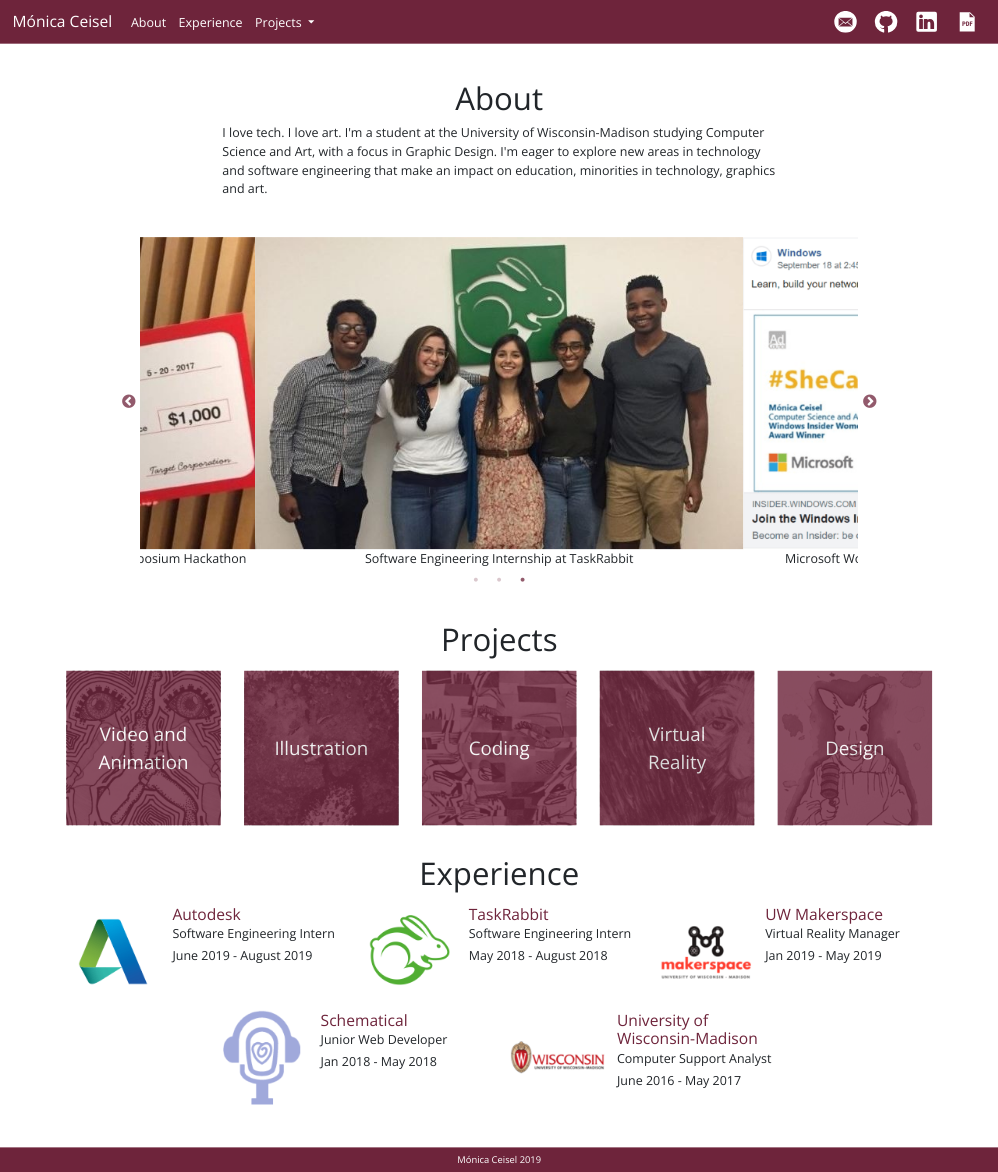
Repository: ceiselm/ceiselm.github.io
Page: index.html
The author's editor kept a copy of each file at every save. The page is drawn from the files as they stood at one save, then again after the next save.
The browser window is 1280 px wide. The pictures show the whole page, at 78% of full size.

Above is the page before, as saved 2019-08-07 20:56:08.

### index.html
<!DOCTYPE html>
<html lang="en">

<head>
  <meta charset="utf-8">
  <meta http-equiv="X-UA-Compatible" content="IE=edge">
  <meta name="viewport" content="width=device-width, initial-scale=1">
  <title>M&oacute;nica Ceisel</title>
  <!-- Bootstrap -->
  <link href="css/bootstrap-4.2.1.css" rel="stylesheet">
  <!-- slick -->
  <link rel="stylesheet" type="text/css" href="slick/slick.css" />
  <!-- Add the new slick-theme.css if you want the default styling -->
  <link rel="stylesheet" type="text/css" href="slick/slick-theme.css" />
  <!-- font -->
  <link href="https://fonts.googleapis.com/css?family=Open+Sans&display=swap" rel="stylesheet">
  <!-- overwrites -->
  <link href="css/home.css" rel="stylesheet">
</head>

<body>
  <main>
    <!-- site navigation component START -->
    <nav class="navbar navbar-expand-lg navbar-dark bg-dark">
      <a class="navbar-brand" href="./index.html">M&oacute;nica Ceisel</a>
      <button class="navbar-toggler" type="button" data-toggle="collapse" data-target="#navbarSupportedContent"
        aria-controls="navbarSupportedContent" aria-expanded="false" aria-label="Toggle navigation">
        <span class="navbar-toggler-icon"></span>
      </button>
      <div class="collapse navbar-collapse" id="navbarSupportedContent">
        <ul class="navbar-nav mr-auto">
          <li class="nav-item">
            <a class="nav-link" href="#startAbout">About</a>
          </li>
          <li class="nav-item">
            <a class="nav-link" href="#startExperience">Experience</a>
          </li>
          <li class="nav-item dropdown">
            <a class="nav-link dropdown-toggle" href="#" id="navbarDropdown" role="button" data-toggle="dropdown"
              aria-haspopup="true" aria-expanded="false">
              Projects
            </a>
            <div class="dropdown-menu" aria-labelledby="navbarDropdown">
              <a class="dropdown-item" href="./subpages/coding.html">Coding</a>
              <div class="dropdown-divider"></div>
              <a class="dropdown-item" href="./subpages/illustration.html">Illustration</a>
              <a class="dropdown-item" href="./subpages/design.html">Design</a>
              <a class="dropdown-item" href="./subpages/virtualreality.html">Virtual Reality</a>
              <a class="dropdown-item" href="./subpages/videoandanimation.html">Video and Animation</a>
            </div>
          </li>
        </ul>
      </div>
      <!--		HAVE ICONS APPEAR ON BOTTOM FOR RESPONSIVE!-->
      <div class="navabar navbar-collapse">
        <ul class="navbar-nav ml-auto">
          <li class="nav-item">
            <a target="_blank" href="mailto:ceiselm@gmail.com"><img class="contact-icon" src="images/social/mail.svg"
                title="ceiselm@gmail.com" alt="mail"></a>
            <a target="_blank" href="https://github.com/ceiselm"><img class="contact-icon" src="images/social/github.svg"
                title="ceiselm" alt="github"></a>
            <a target="_blank" href="https://www.linkedin.com/in/monicaceisel/"><img class="contact-icon" src="images/social/linkedin.svg"
                title="monicaceisel" alt="linkedin"></a>
            <!-- <a target="_blank" href="https://twitter.com/Momonimations"><img class="contact-icon" src="images/social/twitter.svg" title="Momonimations" alt="twitter"></a> -->
            <a target="_blank" href="https://drive.google.com/file/d/1Cxu938UaEI__a5fxJjOS7-iBWBv4FZOx/view?usp=sharing"><img
                class="contact-icon" src="images/social/pdf.svg" title="Resume" alt="resume"></a>
          </li>
        </ul>
      </div>
    </nav>
    <!-- site navigation component END -->
    <!-- <hr> -->
    <!-- about START -->
    <div class="portion">
      <section>
        <div class="text-center mt-2">
          <div class="container">
            <div class="row">
              <div class="col-12">
                <h1 id="startAbout">About</h1>
                <div class="container">
                  <div class="row justify-content-center">
                    <div class="col col-md-8">
                      <p align="left">I love tech. I love art. I'm a student at the University of Wisconsin-Madison
                        studying Computer Science and Art,
                        with a focus in Graphic Design. I'm eager to explore new areas in technology and software
                        engineering that
                        make an impact on education, minorities in technology, graphics and art.
                      </p>
                    </div>
                  </div>
                </div>
                <!-- noteworthy articles -->
                <!--				https://insider.windows.com/en-us/community-news/how-this-coder-artist-grew-superpowers-to-create/-->
                <!--				https://insider.windows.com/en-us/community-news/extraordinary-women-in-computing/-->

                <!-- <div class="wrapper"> -->
                <div class="portion">
                  <div class="row align-items-center">
                  <div class="container col-lg-10 col-md-10">
                  <div class="slides">
                    <div><img class="slide-item col-sx-4" src="images/carousel/Microsoft.png" alt="First slide"><a class="highlight" href="https://insider.windows.com/en-us/community-news/how-this-coder-artist-grew-superpowers-to-create/">Microsoft Women
                      in Computing Award Winner</a></div>
                    <div><img class="slide-item col-sx-4" src="images/carousel/Target.jpg" alt="Second slide">1st Place for the
                      Target Women in Tech Symposium Hackathon</div>
                    <div><img class="slide-item col-sx-4" src="images/carousel/TaskRabbit.jpg" alt="Third slide">Software
                      Engineering Internship at TaskRabbit</div>
                  </div>
                </div>
                </div>
              </div>
              </div>
            </div>
          </div>
        </div>
      </section>
    </div>
    <!-- about END -->
    <!-- <hr> -->
    <!-- projects START -->
    <div class="portion">
      <section>
        <div class="container">
          <div class="row">
            <div class="col-12 text-center">
              <h1>Projects</h1>
              <!-- <p>Lorem ipsum dolor sit amet, consectetur adipisicing elit. Officia, et, placeat !</p> -->
            </div>
          </div>
          <div class="row mt-2">

            <div class="col-md mt-md-0 mt-1">
              <a href="./subpages/videoandanimation.html">
                <img class="image img-fluid float-right" src="images/buttons/Button03.png" alt="Video and Animation" href="#">
                <div class="overlay">
                  <div class="text">Video and Animation</div>
                </div>
              </a>
            </div>

            <div class="col-md mt-md-0 mt-1">
              <a href="./subpages/illustration.html">
                <img class="image img-fluid float-left" src="images/buttons/Button01.png" alt="Illustration">
                <div class="overlay">
                  <div class="text">Illustration</div>
                </div>
              </a>
            </div>

            <div class="col-md mt-md-0 mt-1">
              <a href="./subpages/coding.html">
                <img class="image img-fluid float-left" src="images/buttons/Button05.png" alt="Coding" href="#">
                <div class="overlay">
                  <div class="text">Coding</div>
                </div>
              </a>
            </div>
            <div class="col-md mt-md-0 mt-1">
              <a href="./subpages/virtualreality.html">
                <img class="image img-fluid float-right" src="images/buttons/Button04.png" alt="Virtual Reality" href="#">
                <div class="overlay">
                  <div class="text">Virtual Reality</div>
                </div>
              </a>
            </div>
            <div class="col-md mt-md-0 mt-1">
              <a href="./subpages/design.html">
                <img class="image img-fluid float-left" src="images/buttons/Button02.png" alt="Design" href="#">
                <div class="overlay">
                  <div class="text">Design</div>
                </div>
              </a>
            </div>
          </div>
        </div>
      </section>
    </div>
  <!-- projects END -->
    <!-- experience START -->
    <!-- <hr> -->
    <div class="portion">
      <section>
        <div class="container">
          <div class="row">
            <div class="col-12 text-center">
              <h1 id="startExperience">Experience</h1>
              <!-- <p>Lorem ipsum dolor sit amet, consectetur adipisicing elit. Quibusdam, magni, doloribus, possimus eum sapiente deleniti doloremque fugit ut expedita molestiae iusto debitis eveniet modi obcaecati ipsam quos quis labore dicta.</p> -->
            </div>
          </div>
        </div>
      </section>
      <section>
        <div class="container mt-2">
          <div class="row align-items-center">
            <div class="col-md-4 col-12">
              <ul class="list-unstyled">
                <li class="media">
                  <img class="mr-3" src="images/companies/120px-Autodesk_logo.svg.png" alt="Autodesk">
                  <div class="media-body">
                    <h5 class="mt-0 mb-1"><a href="https://www.autodesk.com/">Autodesk</a></h5>
                    <h6>Software Engineering Intern</h6>
                    <h6>June 2019 - August 2019</h6>
                  </div>
                </li>
              </ul>
            </div>
            <div class="col-md-4 col-12">
              <ul class="list-unstyled">
                <li class="media">
                  <img class="mr-3" src="images/companies/taskrabbit_logo.png" alt="TaskRabbit">
                  <div class="media-body">
                    <h5 class="mt-0 mb-1"><a href="https://www.taskrabbit.com/">TaskRabbit</a></h5>
                    <h6>Software Engineering Intern</h6>
                    <h6>May 2018 - August 2018</h6>
                  </div>
                </li>
              </ul>
            </div>
            <div class="col-md-4 col-12">
              <ul class="list-unstyled">
                <li class="media">
                  <img class="mr-3" src="images/companies/makerspacelogo.png" alt="Makerspace">
                  <div class="media-body">
                    <h5 class="mt-0 mb-1"><a href="https://making.engr.wisc.edu/">UW Makerspace</a></h5>
                    <h6>Virtual Reality Manager</h6>
                    <h6>Jan 2019 - May 2019</h6>
                  </div>
                </li>
              </ul>
            </div>
          </div>
        <!-- second row -->
        <div class="row">
          <div class="container col-lg-8 col-md-8 col-sm-12 col-xs-12">
                    <div class="row">
            <div class="col">
              <ul class="list-unstyled">
                <li class="media">
                  <img class="mr-3" src="images/companies/castdex_logo.png" alt="Schematical">
                  <div class="media-body">
                    <h5 class="mt-0 mb-1">Schematical</h5>
                    <h6>Junior Web Developer</h6>
                    <h6>Jan 2018 - May 2018</h6>
                  </div>
                </li>
              </ul>
            </div>
            <div class="col">
              <ul class="list-unstyled">
                <li class="media">
                  <img class="mr-3" src="images/companies/uwmadison.png" alt="University of Wisconsin-Madison">
                  <div class="media-body">
                    <h5 class="mt-0 mb-1"><a href="">University of Wisconsin-Madison</a></h5>
                    <h6>Computer Support Analyst</h6>
                    <h6>June 2016 - May 2017</h6>
                  </div>
                </li>
              </ul>

            </div>
            <div>
          </div>
          </div>

        </div>
      </section>
    </div>
  </div>
  <!-- experience END -->
  </main>
  <!-- footer START -->
  <div class="portion">
    <div class="footer">
      <div class="container h-100">
        <div class="row h-100 justify-content-center align-items-center footer-text">
          <div class="col-12 text-center">
            M&oacute;nica Ceisel 2019
          </div>
        </div>
      </div>
    </div>
  </div>
  <!-- footer END -->
  <!-- jQuery (necessary for Bootstrap's JavaScript plugins) -->
  <script src="js/jquery-3.3.1.min.js"></script>
  <!-- Include all compiled plugins (below), or include individual files as needed -->
  <script src="js/popper.min.js"></script>
  <script src="js/bootstrap-4.2.1.js"></script>
  <script src="js/index.js"></script>
  <!-- slick -->
  <script type="text/javascript" src="slick/slick.min.js"></script>
</body>

</html>

### css/home.css
@charset "utf-8";
/* CSS Document */

body {
  font-family: 'Open Sans', sans-serif;
}

main {
  padding-bottom: 2rem;
}

.footer {
  left: 0;
  bottom: 0;
  width: 100%;
  background-color: #6E243B;
  color: white;
  text-align: center;
  height: 2rem;
  position: relative;
  margin-top: -2rem;
  clear: both;
}

.footer-text {
  font-size: .75rem;
}

.contact-icon {
    height: 1.8em;
    width: 3em;

}

.contact-icon:hover {
    position: relative;
	opacity: .8;
}

.bg-dark {
  background-color: #6E243B !important;
}

.navbar-dark .navbar-nav .nav-link {
    color: rgba(255, 255, 255, 255);
}

h5 {
	color: #6E243B;
}

h5:hover, h5:link, h5:focus {
	color: #EDA200;
}

a {
	text-decoration: none !important;
	color: inherit;
}

a:hover, a:link, a:focus {
	color: inherit;
}

.image {
  position:relative;
  display: block;
  width: 100%;
  height: auto;
  opacity: 0.9;
  transition: 1s ease;
  -webkit-filter: grayscale(100%); /* Safari 6.0 - 9.0 */
  filter: grayscale(100%);
}

.overlay {
  position: relative;
  top: 0;
  bottom: 0;
  left: 0;
  right: 0;
  height: 100%;
  width: 100%;
  opacity: 0.8;
  background-color: #6E243B;
}

.col-md:hover .image {
  opacity: 1;
  -webkit-filter: grayscale(0%); /* Safari 6.0 - 9.0 */
  filter: grayscale(0%);
}

.col-md:hover .overlay {
  opacity: 0;
}


.text {
  color: white;
  font-size: 18pt;
  position: absolute;
  top: 50%;
  left: 50%;
  opacity: 1 !important;
  -webkit-transform: translate(-50%, -50%);
  -ms-transform: translate(-50%, -50%);
  transform: translate(-50%, -50%);
  text-align: center;
}


.slide-item {
  width: 100%;
}


.slick-prev:before {
  color: #6E243B;
}

.slick-next:before {
  color: #6E243B;
}

.slick-dots li.slick-active button::before {
  color: #6E243B;
}

.slick-dots li button::before {
  color: #6E243B;
}

.portion {
  padding-top: 3%;
}

.google-slides-container{
  position: relative;
  width: 100%;
  padding-top: 60%;
  overflow: hidden;
}

.google-slides-container iframe{
  position: absolute;
  top: 0;
  left: 0;
  width: 100%;
  height: 100%;
}

### js/index.js
$(document).ready(function(){
  $('.slides').slick({
    centerMode: true,
    centerPadding: '60px',
    slidesToShow: 1,
    slidesToScroll: 1,
    adaptiveHeight: true,
    dots: true,
    arrows: true,
    variableWidth: true,
    autoplay: true,
    autoplaySpeed: 2000,
    responsive: [
      {
        breakpoint: 768,
        settings: {
          arrows: false,
          centerMode: true,
          centerPadding: '40px',
          slidesToShow: 1
        }
      },
      {
        breakpoint: 480,
        settings: {
          arrows: false,
          centerMode: true,
          centerPadding: '40px',
          slidesToShow: 1
        }
      }
    ]

  });
});

Loaded but not shown: css/bootstrap-4.2.1.css (library); slick/slick.css (common file); slick/slick-theme.css (library); js/jquery-3.3.1.min.js (library); js/popper.min.js (library); js/bootstrap-4.2.1.js (library); slick/slick.min.js (library)

After the next save:
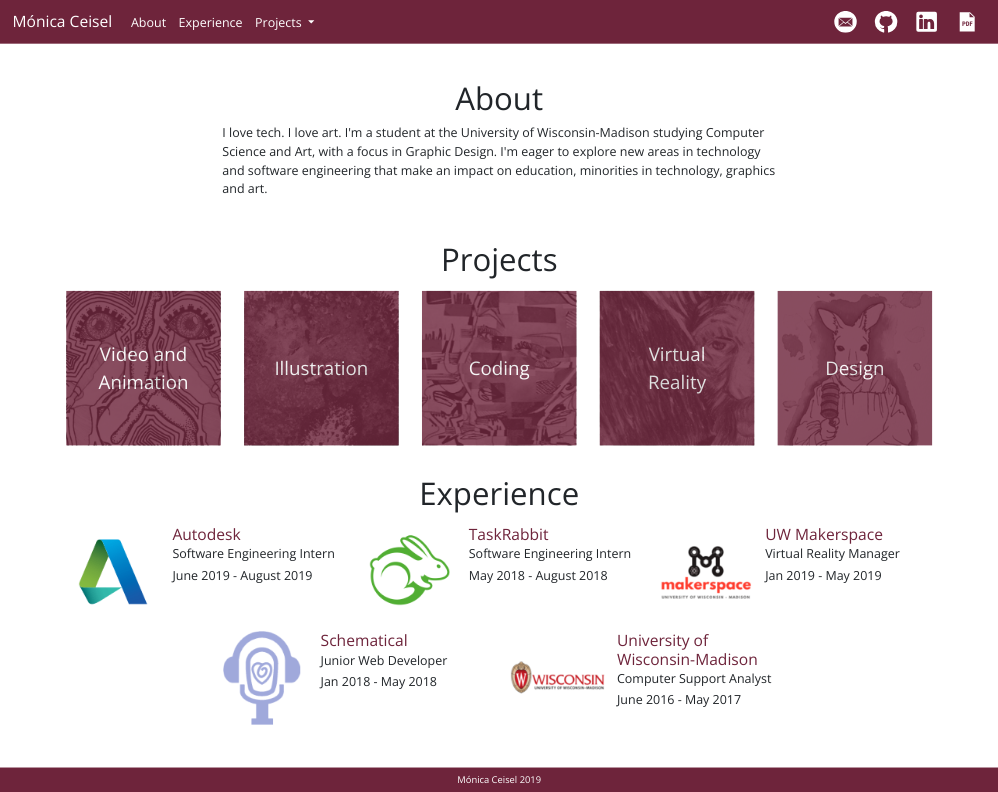
Saved 88 min 28 s later.
--- a/index.html
+++ b/index.html
@@ -95,7 +95,7 @@
                 <!--				https://insider.windows.com/en-us/community-news/extraordinary-women-in-computing/-->
 
                 <!-- <div class="wrapper"> -->
-                <div class="portion">
+                <!-- <div class="portion">
                   <div class="row align-items-center">
                   <div class="container col-lg-10 col-md-10">
                   <div class="slides">
@@ -105,9 +105,9 @@
                       Target Women in Tech Symposium Hackathon</div>
                     <div><img class="slide-item col-sx-4" src="images/carousel/TaskRabbit.jpg" alt="Third slide">Software
                       Engineering Internship at TaskRabbit</div>
-                  </div>
-                </div>
-                </div>
+                    </div>
+                  </div>
+                </div> -->
               </div>
               </div>
             </div>
